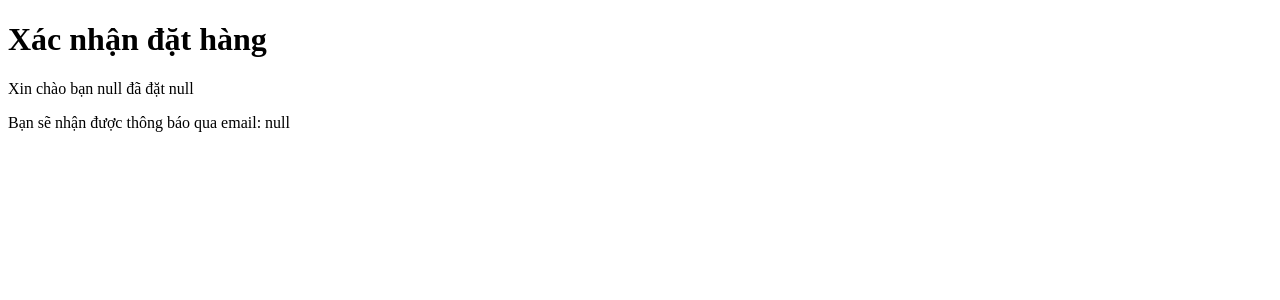
Repository: Vanh260703/Java-Servlet
Page: http://localhost/Bai6_JSP2/trangDatHang.jsp
An editor plug-in stored every save of this project. The page is shown before and after the next save, followed by the edit.
The browser window is 1280 px wide. The pictures show the whole page.
The page is served by Tomcat 9.

Above is the page before, as saved 2025-03-03 19:53:04.

### Bai6_JSP2/src/main/webapp/trangDatHang.jsp
<%@ page language="java" contentType="text/html; charset=UTF-8"
    pageEncoding="UTF-8"%>
<!DOCTYPE html>
<html>
<head>
<meta charset="UTF-8">
<title>Insert title here</title>
</head>
<body>
	<%
		String name = request.getParameter("name");
		String email = request.getParameter("email");
		String quantity = request.getParameter("quantity");
	%>
	<h1>Xác nhận đặt hàng</h1>
	<p>Xin chào bạn <%= name %> đã đặt <%= quantity %></p>
	<p>Bạn sẽ nhận được thông báo qua email: <%= email %></p>
</body>
</html>

After the next save:
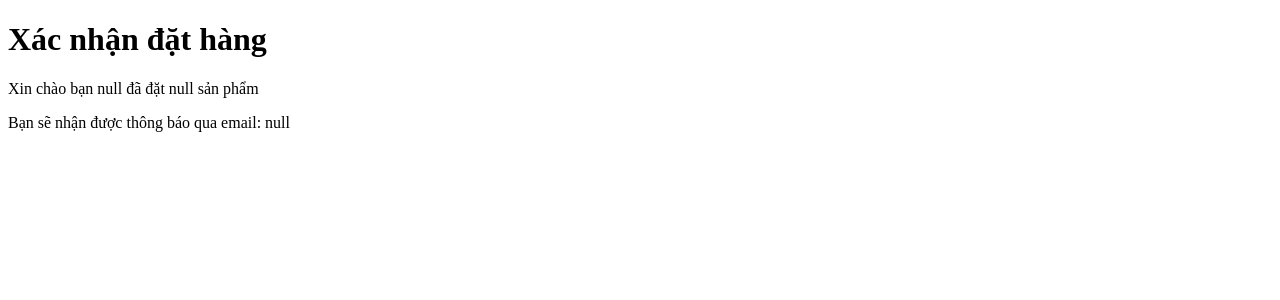
Saved 15 s later.
--- a/Bai6_JSP2/src/main/webapp/trangDatHang.jsp
+++ b/Bai6_JSP2/src/main/webapp/trangDatHang.jsp
@@ -13,7 +13,7 @@
 		String quantity = request.getParameter("quantity");
 	%>
 	<h1>Xác nhận đặt hàng</h1>
-	<p>Xin chào bạn <%= name %> đã đặt <%= quantity %></p>
+	<p>Xin chào bạn <%= name %> đã đặt <%= quantity %> sản phẩm</p>
 	<p>Bạn sẽ nhận được thông báo qua email: <%= email %></p>
 </body>
 </html>
